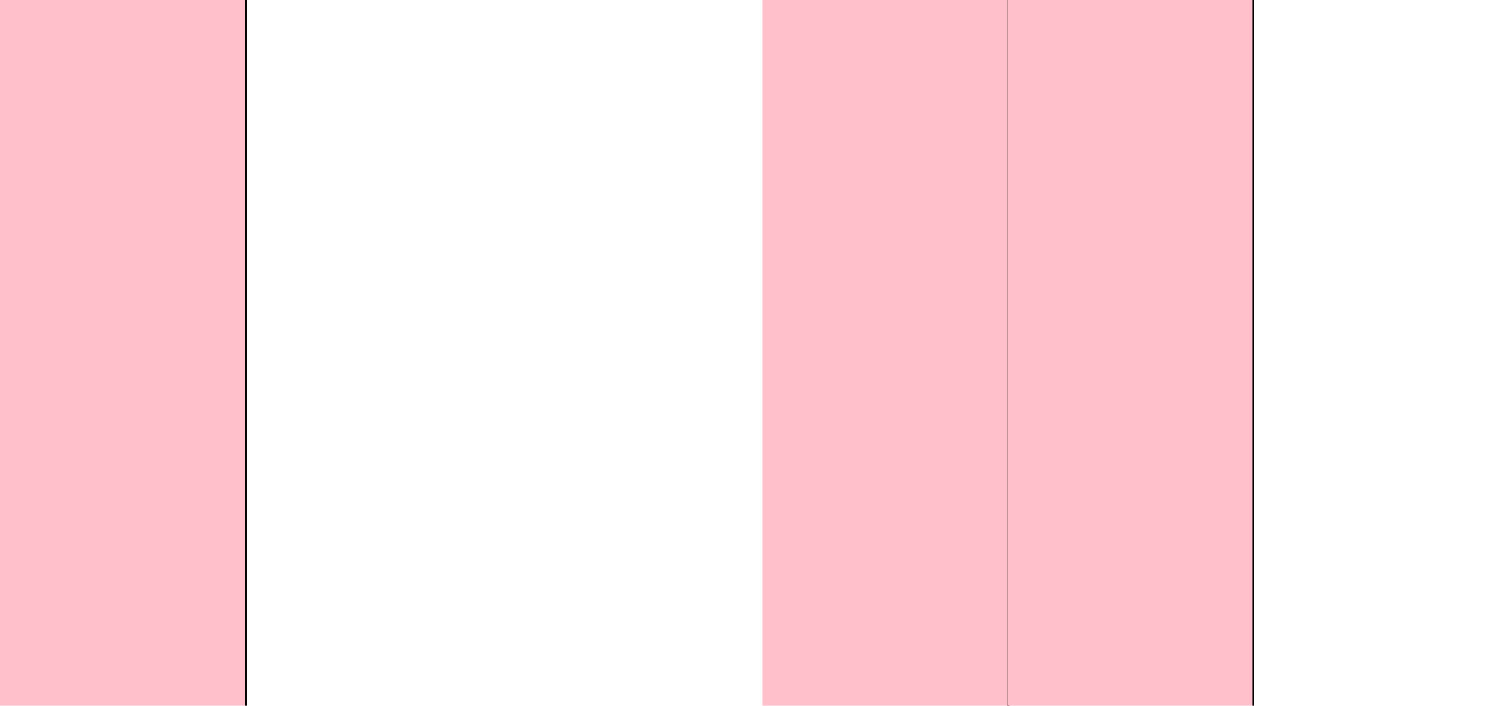
Repository: JJianZ/miao
Page: a.html
These files come from the project's save history. The page is drawn as it stood at one moment and after the next save; the edit follows.
The browser window is 1280 px wide. The page is 1280 px wide, then 1530 px, then 1280 px, so the pictures cover 1530 px, including what lies to the right of the window. The pictures show the whole page, at 98% of full size.

Above is the page before, as saved 2021-11-23 10:24:44.

### a.html
<!DOCTYPE html>
<html lang="en">
<head>
  <meta charset="UTF-8">
  <meta http-equiv="X-UA-Compatible" content="IE=edge">
  <meta name="viewport" content="width=device-width, initial-scale=1.0">
  <title>Document</title>
  <style>
    html,body {
      margin: 0;
      padding: 0;
      height: 100%;
      box-shadow: inset 0 1px 1px 1px rbga(0,0,0,0.3);
      box-sizing: border-box;
    }

    div {
      width: 100%;
      height: 100%;
      position: relative;
    }
    aside {
      position: absolute;
      width: 250px;
      height: 100%;
      background-color: pink;
      border-right: black 2px solid;
    }
    .second {
      right: 250px;
    }
    .third {
      right: 0px;
    }
  </style>
</head>
<body>
  <div>
    <aside class="first"></aside>
    <main></main>
    <aside class="second"></aside>
    <aside class="third"></aside>
  </div>
</body>
</html>

After the next save:
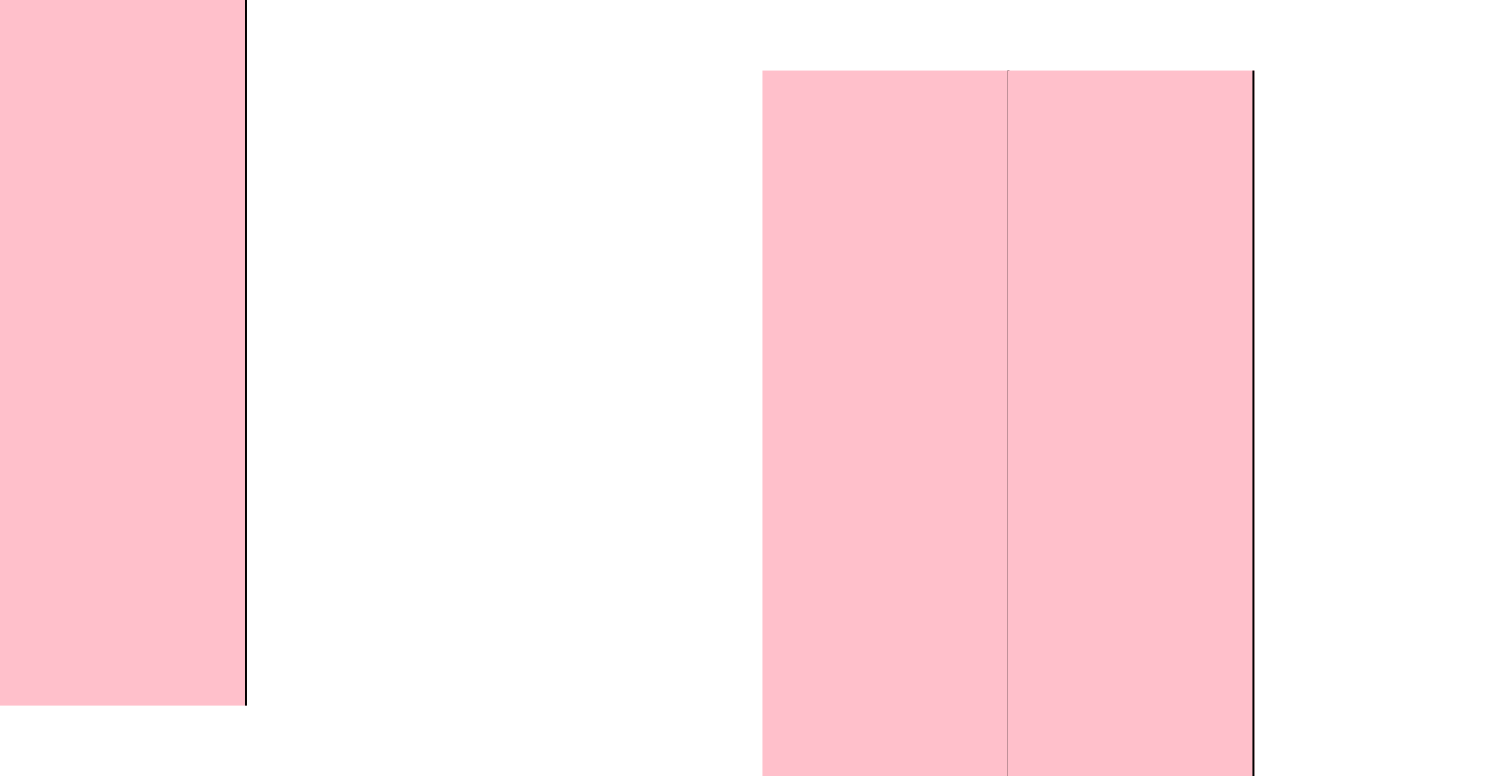
Saved 56 s later.
--- a/a.html
+++ b/a.html
@@ -26,6 +26,12 @@
       background-color: pink;
       border-right: black 2px solid;
     }
+    header {
+      position: relative;
+      left: 250px;
+      height: 72px;
+      line-height: 720px;
+    }
     .second {
       right: 250px;
     }
@@ -37,6 +43,7 @@
 <body>
   <div>
     <aside class="first"></aside>
+    <header></header>
     <main></main>
     <aside class="second"></aside>
     <aside class="third"></aside>

After the save that followed:
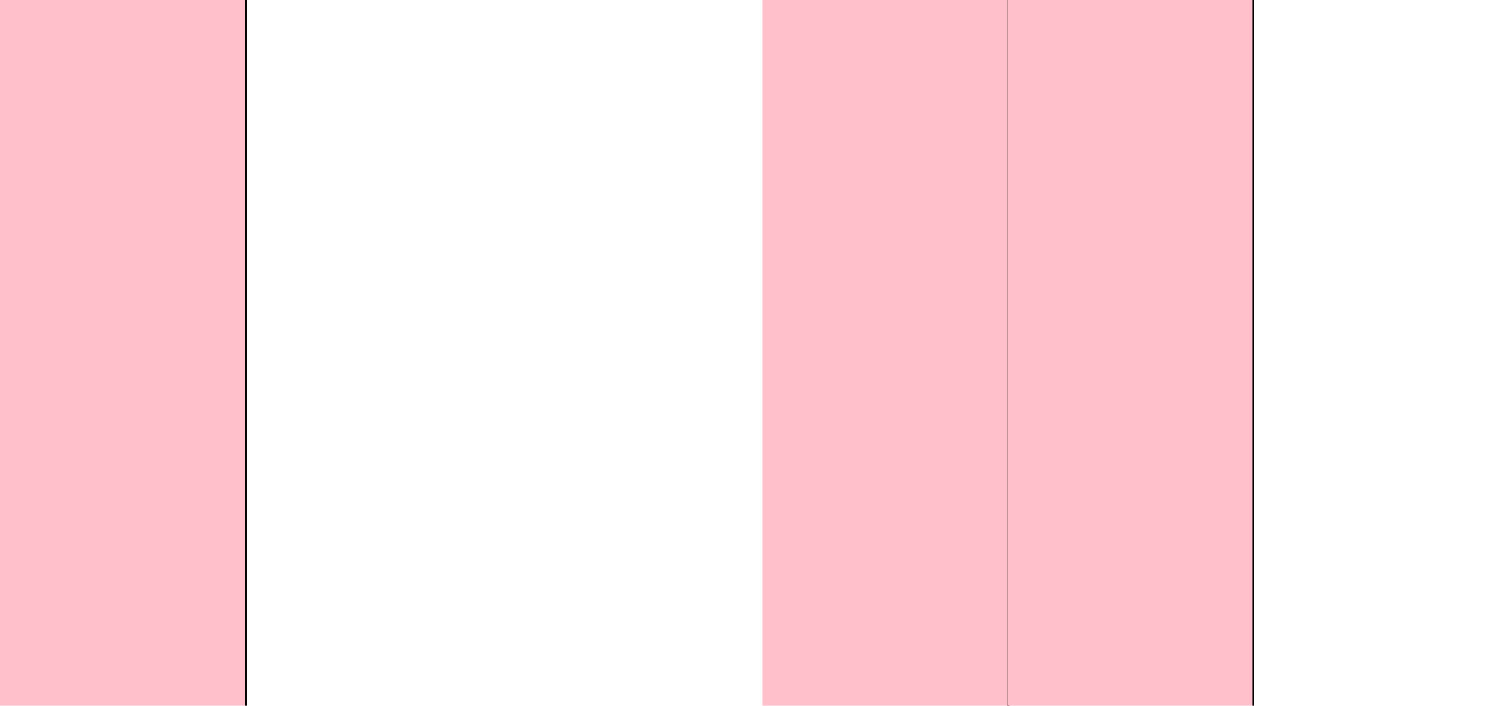
Saved 31 s later.
--- a/a.html
+++ b/a.html
@@ -27,7 +27,7 @@
       border-right: black 2px solid;
     }
     header {
-      position: relative;
+      position: absolute;
       left: 250px;
       height: 72px;
       line-height: 720px;
